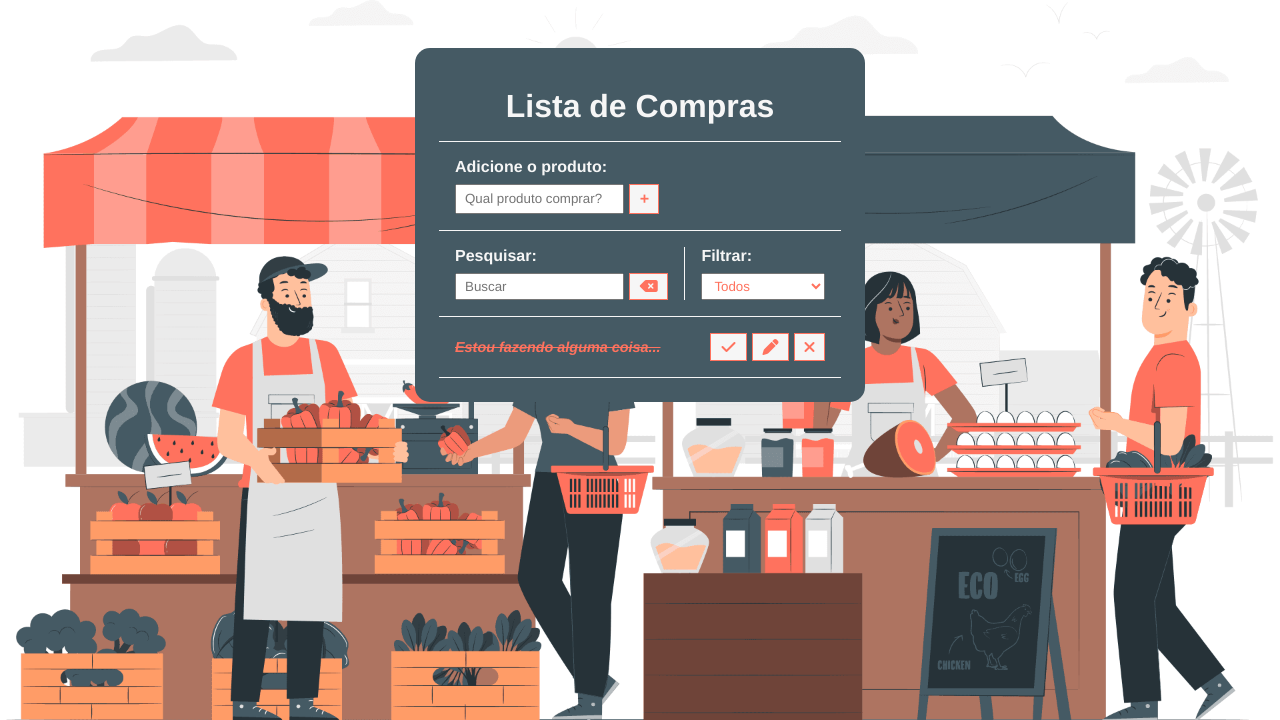
Repository: Dkrvalho/mercado
Page: index.html
The author's editor kept a copy of each file at every save. The page is drawn from the files as they stood at one save, then again after the next save.
The browser window is 1280 px wide. The pictures show the whole page.

Above is the page before, as saved 2023-01-09 19:28:21.

### index.html
<!DOCTYPE html>
<html lang="en">
<head>
    <meta charset="UTF-8">
    <meta http-equiv="X-UA-Compatible" content="IE=edge">
    <meta name="viewport" content="width=device-width, initial-scale=1.0">
    <!-- CSS -->
    <link rel="stylesheet" href="css/style.css">
    <!-- Font Awesome -->
    <link rel="stylesheet" href="https://cdnjs.cloudflare.com/ajax/libs/font-awesome/6.2.1/css/all.min.css" integrity="sha512-MV7K8+y+gLIBoVD59lQIYicR65iaqukzvf/nwasF0nqhPay5w/9lJmVM2hMDcnK1OnMGCdVK+iQrJ7lzPJQd1w==" crossorigin="anonymous" referrerpolicy="no-referrer" />
    <!-- JS -->
    <script src="js/script.js" defer></script>
    <!-- defer faz com que o js seja carregado após o html -->
    <title>Lista de Compras</title>
</head>
<body>
    <main class="container">
        <header>
            <h1>Lista de Compras</h1>
        </header>
        <form id="todo-form">
            <p>Adicione o produto:</p>
            <div class="form-control">
                <input type="text" id="todo-input" placeholder="Qual produto comprar?">
                <button type="submit" aria-label="Adicionar">
                    <i class="fa-thin fa-plus"></i>
                </button>
            </div>
        </form>
        <form id="edit-form" class="hide">
            <p>Edite o produto</p>
            <div id="form-control">
                <input type="text" id="edit-input">
                <button type="submit">
                    <i class="fa-solid fa-check-double"></i>
                </button>
            </div>
            <button id="cancel-edit-btn">Cancelar</button>
        </form>
        <div id="toolbar">
            <div id="search">
                <h4>Pesquisar:</h4>
                <form>
                    <input type="text" id="search-input" placeholder="Buscar">
                    <button id="erase-btn">
                        <i class="fa-solid fa-delete-left"></i>
                    </button>
                </form>
            </div>
            <div id="filter">
                <h4>Filtrar:</h4>
                <select id="filter-select">
                    <option value="all">Todos</option>
                    <option value="done">Comprados</option>
                    <option value="todo">A comprar</option>
                </select>
            </div>
        </div>
        <div id="todo-list">
            <div class="todo done">
                <h3>Estou fazendo alguma coisa...</h3>
                <button class="finish-todo">
                    <i class="fa-solid fa-check"></i>
                </button>
                <button class="edit-todo">
                    <i class="fa-solid fa-pen"></i>
                </button>
                <button class="remove-todo">
                    <i class="fa-solid fa-xmark"></i>
                </button>
            </div>
        </div>
    </main>
</body>
</html>

### css/style.css
/* Geral */
* {
    padding: 0;
    margin: 0;
    font-family: Helvetica, sans-serif, Arial;
    color: #f6f6f6;
    box-sizing: border-box;
}

html {
    background: url(../img/fundo.png) no-repeat center center fixed;
    -webkit-background-size: cover;
    -moz-background-size: cover;
    -o-background-size: cover;
    background-size: cover;
  }

button {
    background-color: #f6f6f6;
    color: #ff725e;
    border: 1px solid #ff725e;
    padding: .3rem .6rem;
    font-size: 1rem;
    cursor: pointer;
    display: flex;
    justify-content: center;
    align-items: center;
    transition: .4s;
}

button:hover {
    background-color: #ff725e;
    color: #f6f6f6;
}

button:hover > i {
    color: #f6f6f6;
}

button i {
    color: #ff725e;
    font-weight: bold;
    pointer-events: none;
}

input, select {
    padding: .25rem .5rem;
}

input, select, textarea{
    color: #455a64;
}

textarea:focus, input:focus {
    color: #455a64;
}

.hide {
    display: none;
}

/* To Do Header */
.container {
    max-width: 450px;
    margin: 3rem auto;
    background-color: #455a64;
    padding: 1.5rem;
    border-radius: 15px;
}

.container header {
    text-align: center;
    padding: 1rem 1rem;
    border-bottom: 1.5px solid #f6f6f6;
}

/* Form */
#todo-form, #edit-form {
    padding: 1rem;
    border-bottom: 1.5px solid #f6f6f6;
}

#todo-form p, #edit-form p {
    margin-bottom: .5rem;
    font-weight: bold;
}

.form-control {
    display: flex;
}

.form-control input {
    margin-right: .3rem;
}

#cancel-edit-btn {
    margin-top: 1rem;
}

/* To Do toolbar */
#toolbar {
    padding: 1rem;
    border-bottom: 1.5px solid #f6f6f6;
    display: flex;
}

#toolbar h4 {
    margin-bottom: .5rem;
}

#search {
    border-right: 1.5px solid #f6f6f6;
    padding-right: 1rem;
    margin-right: 1rem;
    width: 65%;
    display: flex;
    flex-direction: column;
}

#search form {
    display: flex;
}

#search input {
    width: 100%;
    margin-right: .3rem;
}

#filter {
    width: 35%;
    display: flex;
    flex-direction: column;
}

#filter select {
    flex: 1;
    color: #ff725e;
}

#filter select option {
    color: #ff725e;
}

/* To Do List */

.todo {
    display: flex;
    justify-content: space-around;
    align-items: center;
    padding: 1rem;
    border-bottom: 1px solid #f6f6f6;
    transition: .4s;
}

.todo h3 {
    flex: 1;
    font-size: .9rem;
}

.todo button {
    margin-left: .3rem;
}

.done h3 {
    color: #ff725e;
    text-decoration: line-through;
    font-style: italic;
}

Loaded but not shown: js/script.js (no copy from this time; the picture is the same without it)

After the next save:
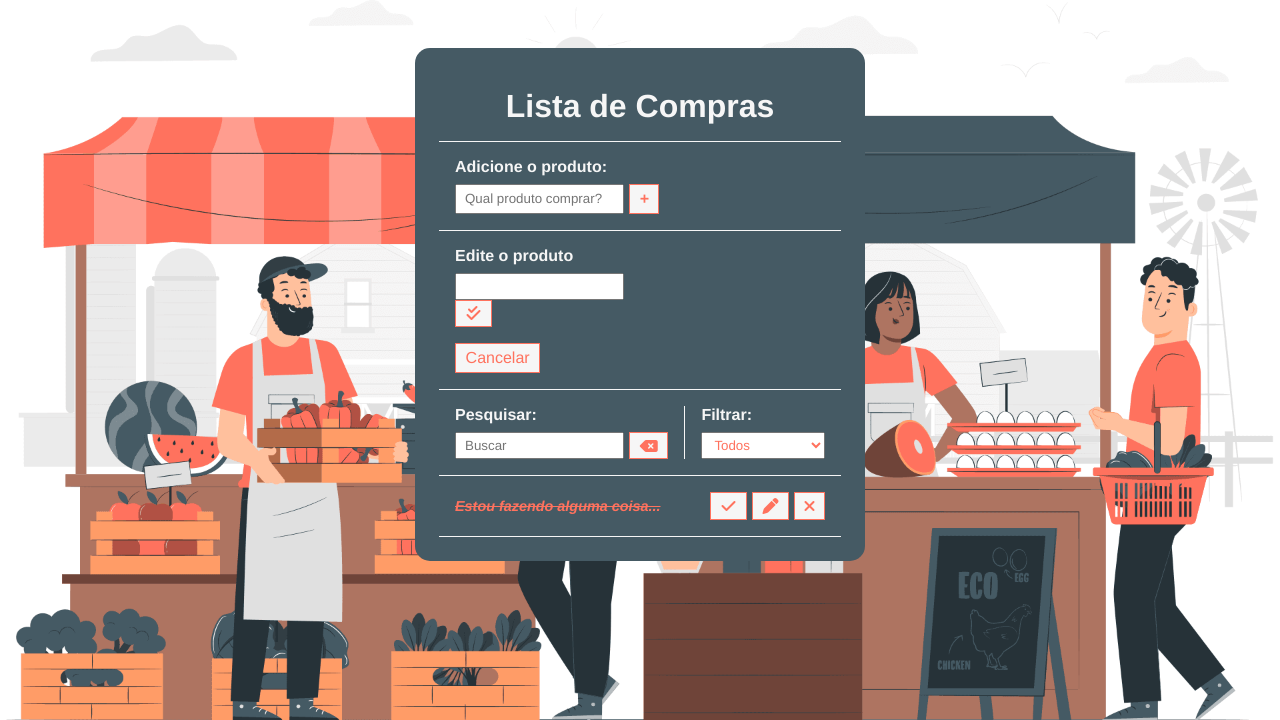
Saved 24 s later.
--- a/index.html
+++ b/index.html
@@ -27,7 +27,7 @@
                 </button>
             </div>
         </form>
-        <form id="edit-form" class="hide">
+        <form id="edit-form" class="">
             <p>Edite o produto</p>
             <div id="form-control">
                 <input type="text" id="edit-input">
